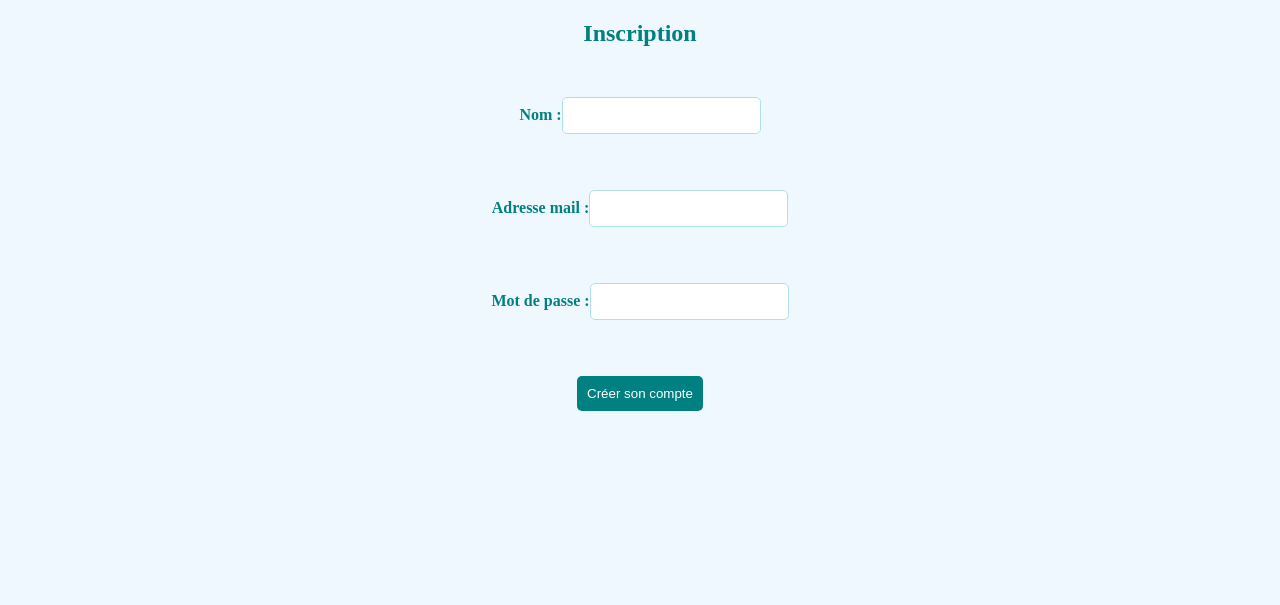
Repository: marwaouahouah1/OdysseyOfMemories
Page: /SignUpUser (app in frontend/)
The author's editor kept a copy of each file at every save. The page is drawn from the files as they stood at one save, then again after a run of saves.
The browser window is 1280 px wide. The pictures show the whole page.
The project was rebuilt for these pictures with package versions that can differ from the ones it lists, and the page was loaded fresh each time. Also part of the build but not shown: frontend/src/Connexion/Login.js, frontend/src/App.js.

Above is the page before, as saved 2023-03-31 12:30:31.

After the next 3 saves:
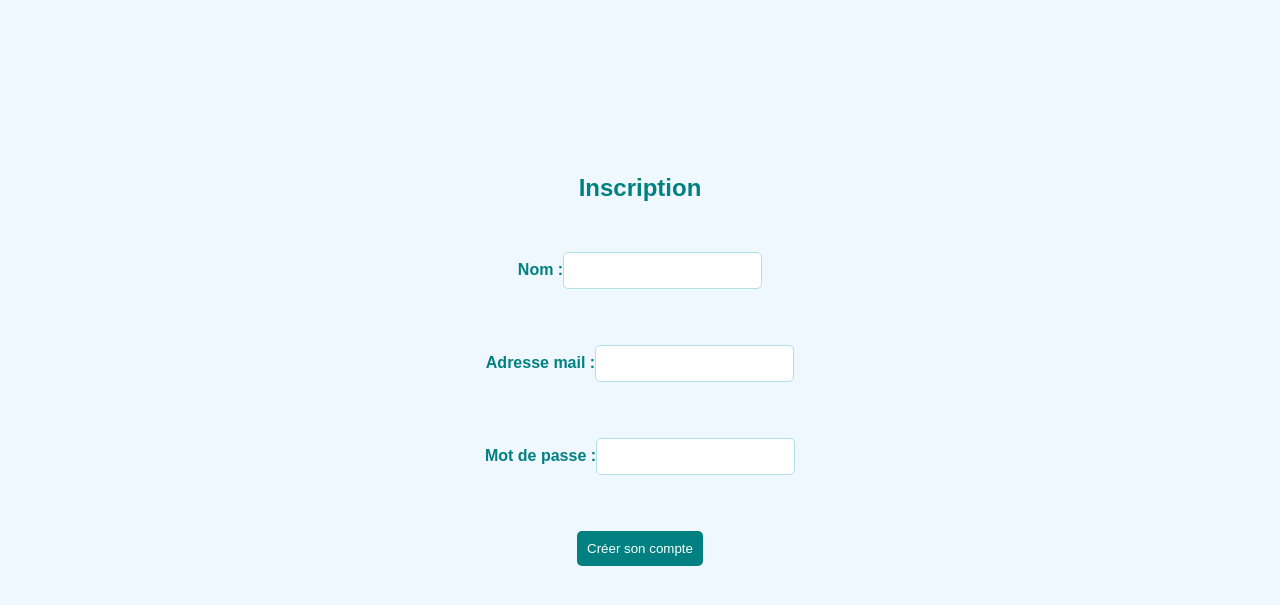
The 3 saves are shown as one change because they came seconds apart.
The last was saved 27 s later.
--- a/frontend/src/Connexion/login.css
+++ b/frontend/src/Connexion/login.css
@@ -1,6 +1,24 @@
 body {
     background-color: #f0f8ff;
+    margin: 0;
+    display: flex;
+    justify-content: center;
+    align-items: center;
+    height: 100vh;
+    font-family: Arial, sans-serif;
   }
+
+  .login-container {
+    width: 100%;
+    max-width: 400px;
+    background-color: #ffffff;
+    padding: 30px;
+    border-radius: 10px;
+    box-shadow: 0 4px 6px rgba(0, 0, 0, 0.1);
+  }
+
+  /* Le reste de votre CSS */
+
 
   h2 {
     color: #008080;
